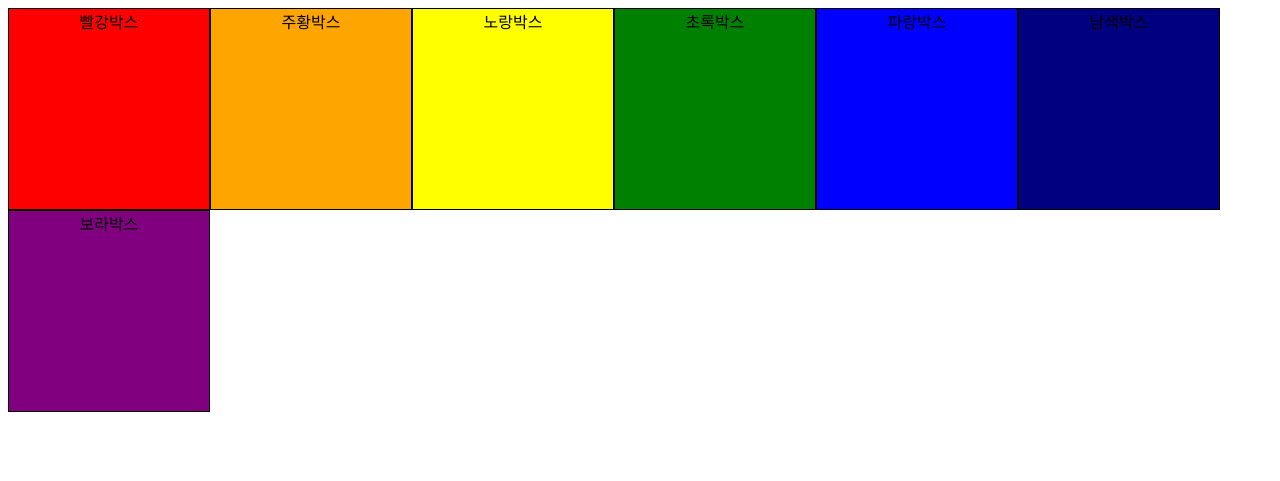
Repository: Dalso13/workspace
Page: workspace_exam/Test_1/WebContent/02_css/09_float.html
An editor plug-in stored every save of this project. The page is shown before and after the next save, followed by the edit.
The browser window is 1280 px wide. The pictures show the whole page.

Above is the page before, as saved 2023-03-15 03:40:27.

After the next save:
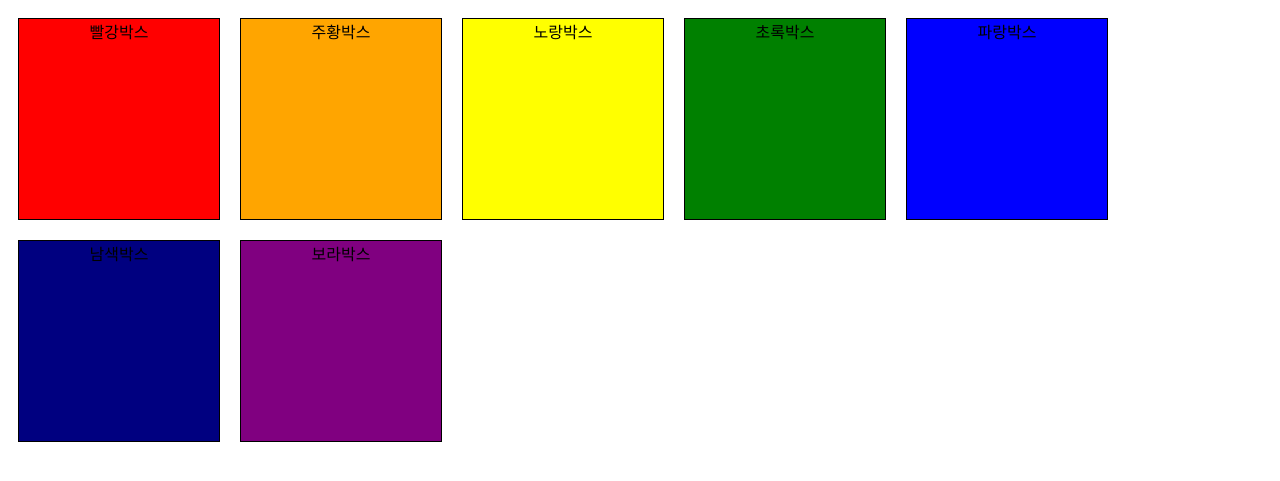
Saved 36 s later.
--- a/workspace_exam/Test_1/WebContent/02_css/09_float.html
+++ b/workspace_exam/Test_1/WebContent/02_css/09_float.html
@@ -8,7 +8,7 @@
 		width: 200px;
 		height: 200px;
 		border: 1px solid black;
-		margin: 10pw;
+		margin: 10px;
 		text-align: center;
 	}
 </style>
